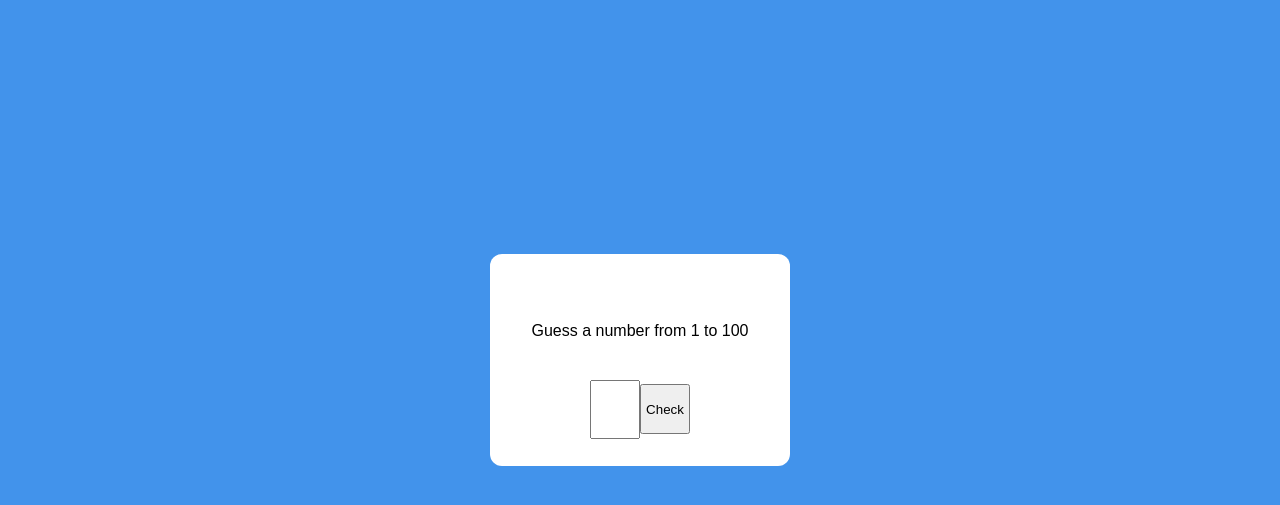
Repository: Ankitkr2021/Guess_Game
Page: index.html
These files come from the project's save history. The page is drawn as it stood at one moment and after the next save; the edit follows.
The browser window is 1280 px wide. The pictures show the whole page.

Above is the page before, as saved 2025-09-30 17:45:08.

After the next save:
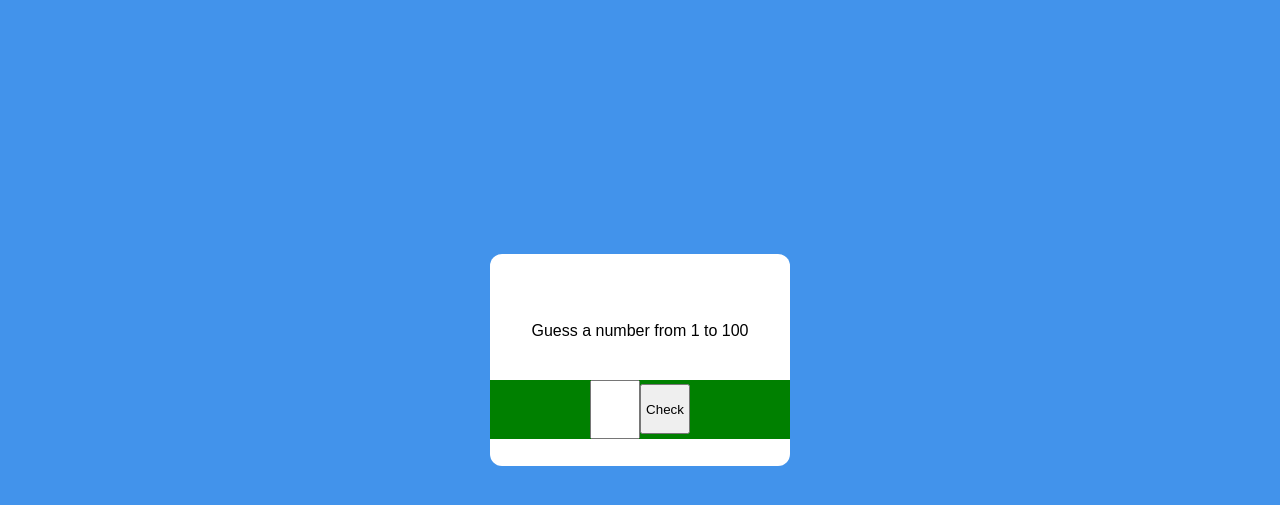
Saved 8 s later.
--- a/style.css
+++ b/style.css
@@ -33,12 +33,11 @@ p{
 }
 
 .same-line {
-    /* background: green; */
+    background: green;
     width: 100%;
     display: flex;
     align-items: center;
     justify-content: center;
-    padding: 0 10px;
 }
 
 input{
